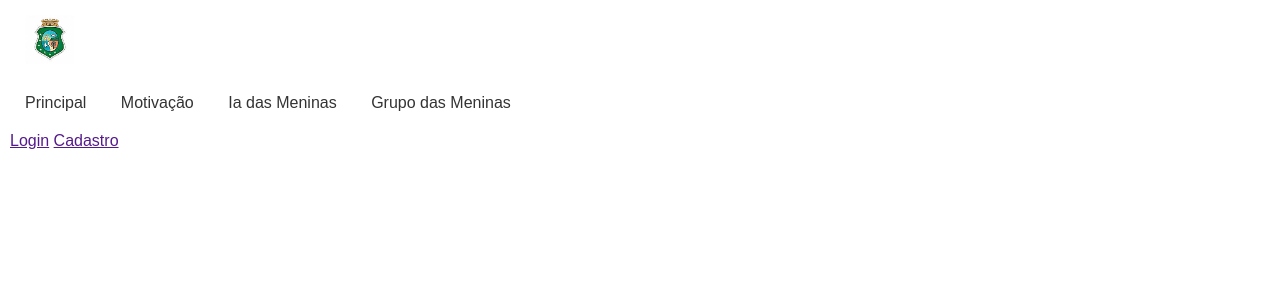
Repository: joaobatistafrontend/pref
Page: http://localhost/
The author's editor kept a copy of each file at every save. The page is drawn from the files as they stood at one save, then again after a run of saves.
The browser window is 1280 px wide. The pictures show the whole page.
The page is served by the project's application, run on Django 4.2 (manage.py).

Above is the page before, as saved 2024-07-26 14:37:41.

After the next 2 saves:
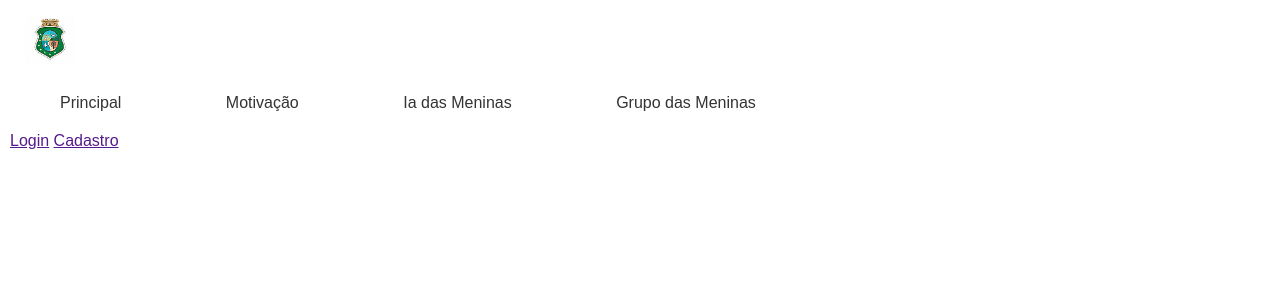
The 2 saves are shown as one change because they came seconds apart.
The last was saved 5 s later.
--- a/static/css/index.css
+++ b/static/css/index.css
@@ -23,7 +23,7 @@
 nav ul li{
     display: inline-block;
     list-style: none;
-    margin: 20px 15px;
+    margin: 20px 50px;
 }
 nav ul li a{
     text-decoration: none;

After the save that followed:
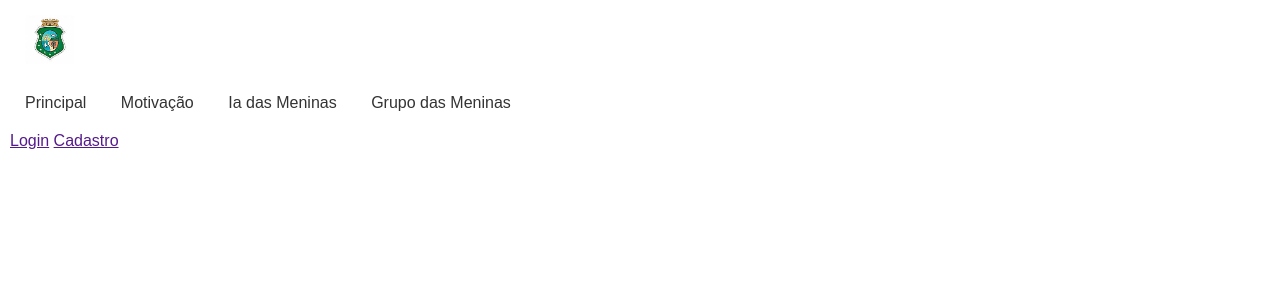
Saved 7 s later.
--- a/static/css/index.css
+++ b/static/css/index.css
@@ -23,7 +23,7 @@
 nav ul li{
     display: inline-block;
     list-style: none;
-    margin: 20px 50px;
+    margin: 20px 15px;
 }
 nav ul li a{
     text-decoration: none;
